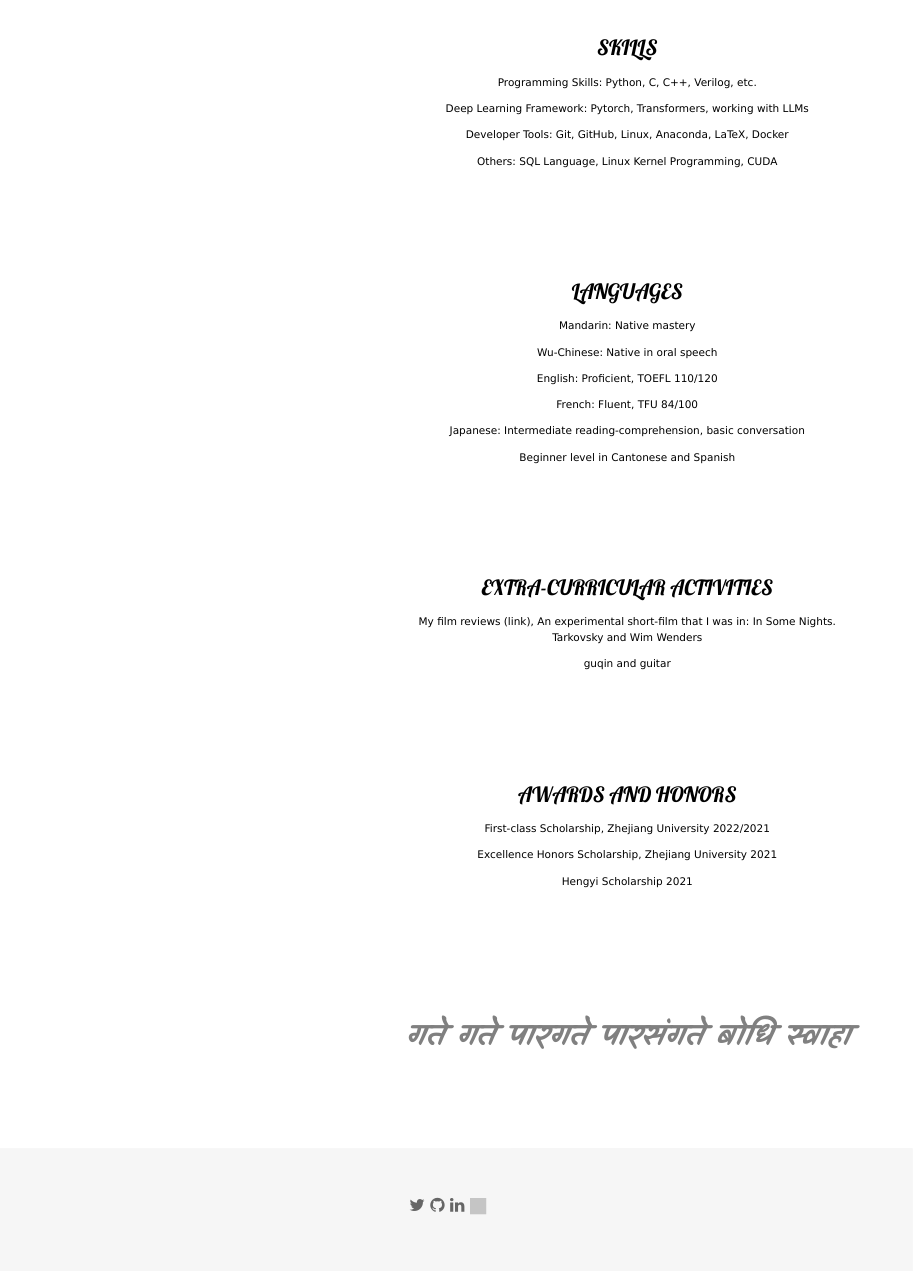
Repository: Ej-zhou/ej-zhou.github.io
Page: index.html
An editor plug-in stored every save of this project. The page is shown before and after a run of saves, followed by the edit.
The browser window is 1280 px wide. The page is 1304 px wide, so the pictures cover 1304 px, including what lies to the right of the window. The pictures show the part of the page from y = 4573 to 6453 px (the page is 6389 px tall before and 6453 px after), at 70% of full size.
Pictures or frames that could not be fetched are drawn as grey boxes. Some web fonts or font styles are not loaded; a fallback is used.

Above is the page before, as saved 2023-08-12 15:04:35.

After the next 7 saves:
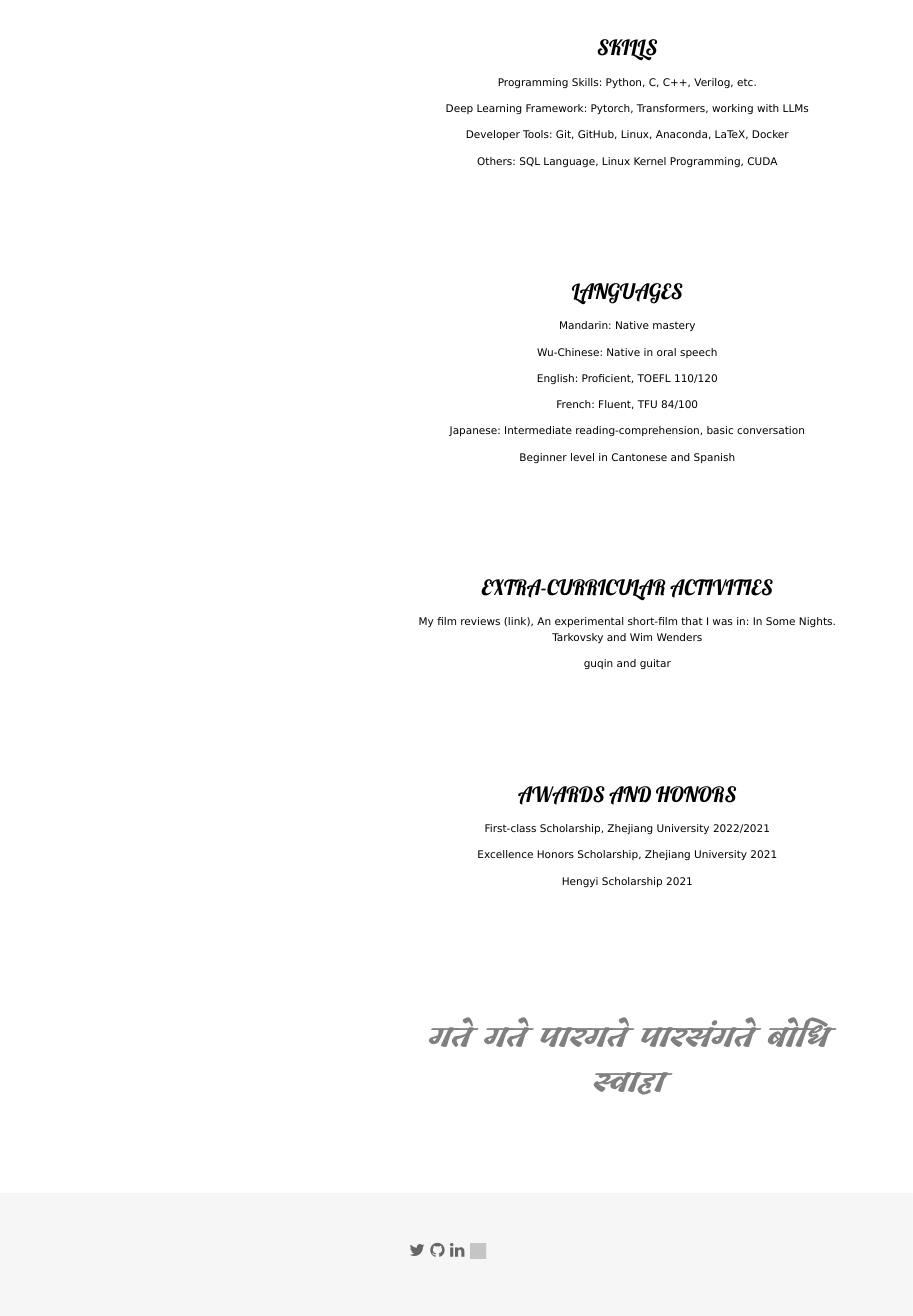
The 7 saves are shown as one change because they came seconds apart.
The last was saved 103 s later.
--- a/index.html
+++ b/index.html
@@ -48,12 +48,17 @@
         src: url("fonts/Kurale/Kurale-Regular.ttf");
     }
 
+    @font-face {
+        font-family: "Tillana";
+        src: url("fonts/Tillana/Tillana-Bold.ttf");
+    }
+
      .chinese {
       font-family: 'YanShiFoXiTi', sans-serif;
     }
 
     .sanskrit {
-        font-family: 'kalam';
+        font-family: 'Tillana';
         font-size: 43px; /* Set the font size to your desired value */
         font-style: italic;
         font-weight: bold; /* Make the text bold */
